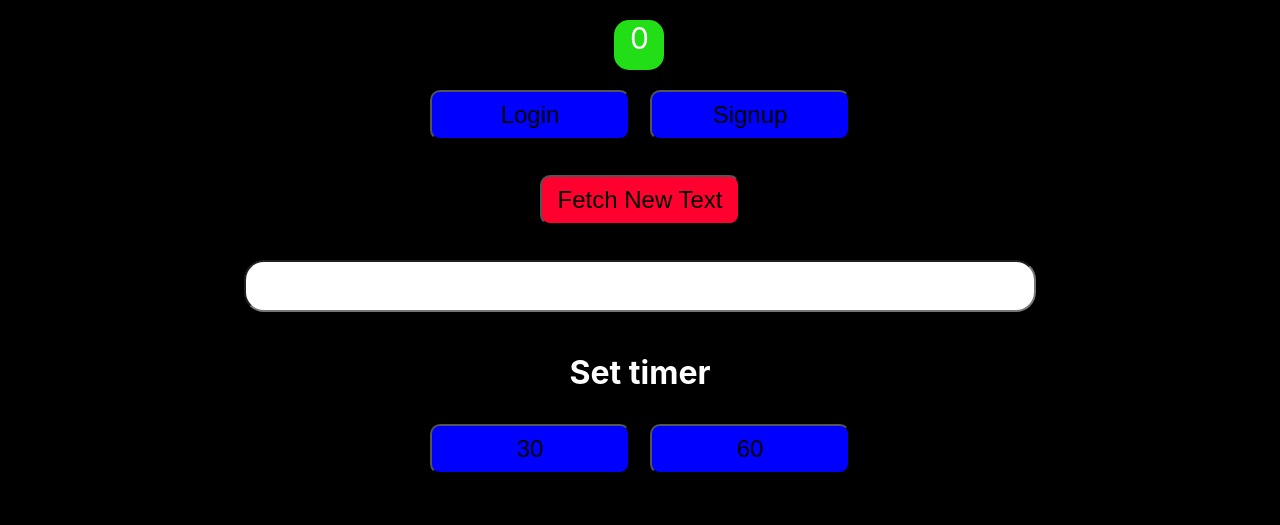
Repository: abhaysharma20233009/swiftKey
Page: / (app in frontend/my-app/)
These files come from the project's save history. The page is drawn as it stood at one moment and after the next save; the edit follows.
The browser window is 1280 px wide. The pictures show the whole page.
The page's requests for data from a server got no answer. The project was rebuilt for these pictures with package versions that can differ from the ones it lists, and the page was loaded fresh each time. No one was signed in, and anything a server would have sent is missing. Also part of the build but not shown: frontend/my-app/src/Results.js, frontend/my-app/src/Login.js, frontend/my-app/src/Signup.js.

Above is the page before, as saved 2024-10-10 21:35:19.

After the next save:
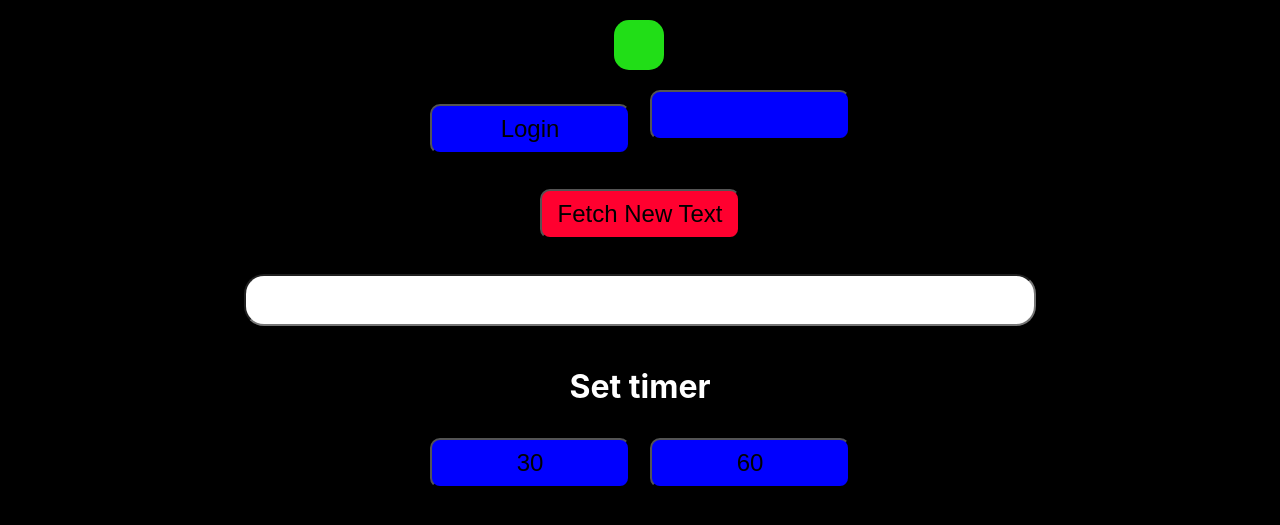
Saved 3 min 16 s later.
--- a/frontend/my-app/src/Swifts.js
+++ b/frontend/my-app/src/Swifts.js
@@ -6,14 +6,15 @@ function Swifts() {
     const [inputValue, setInputValue] = useState('');
     const [currentWordIndex, setCurrentWordIndex] = useState(0);
     const [time, setTime] = useState(0);
-    const [countdown, setCountdown] = useState(0);
-    const [wordTyped, setWordTyped] = useState(0);
     const navigate = useNavigate();
     const location = useLocation();
+    const [countdown, setCountdown] = useState(null);
+    const wordTyped=0;
+
+    // Retrieve username from location state
 
     const username = location.state?.username || '';
     const email = location.state?.email || '';
-
     const fetchMessages = async () => {
         try {
             const response = await fetch('http://localhost:7000/random-paragraph');
@@ -34,24 +35,7 @@ function Swifts() {
         fetchMessages();
     }, []);
 
-    useEffect(() => {
-        let timer;
-        if (time > 0) {
-            setCountdown(time);
-            timer = setInterval(() => {
-                setCountdown((prev) => {
-                    if (prev <= 1) {
-                        clearInterval(timer);
-                        navigate('/results', { state: { wordTyped, username, email } });
-                        return 0;
-                    }
-                    return prev - 1;
-                });
-            }, 1000);
-        }
 
-        return () => clearInterval(timer);
-    }, [time, navigate, wordTyped, username, email]);
 
     const handleInputChange = (e) => {
         const value = e.target.value;
@@ -62,24 +46,48 @@ function Swifts() {
 
         if (currentWord && currentWord.startsWith(value.trim())) {
             if (value.trim() === currentWord) {
-                setCurrentWordIndex((prevIndex) => {
-                    setWordTyped((prev) => prev + 1); // Increment word count
-                    return prevIndex + 1;
-                });
+                setCurrentWordIndex((prevIndex) => prevIndex + 1);
                 setInputValue('');
             }
         }
     };
 
+    useEffect(() => {
+        if (time > 0) {
+            setCountdown(time); // Set countdown to the selected time
+        }
+    }, [time]);
+
+    useEffect(() => {
+        if (countdown > 0) {
+            const timer = setInterval(() => {
+                wordTyped=currentWordIndex*60/time;
+                setCountdown((prev) => prev - 1);
+            }, 1000);
+
+            return () => clearInterval(timer);
+        }
+    }, [countdown]);
+    useEffect(() => {
+        if (time > 0) {
+
+            const timer = setTimeout(() => {
+                navigate('/results', { state: { wordTyped, username, email } });
+            }, time * 1000);
+
+            return () => clearTimeout(timer);
+        }
+    }, [time, currentWordIndex, wordTyped, navigate, username, email]);
     const words = message.split(' ');
     const currentWord = words[currentWordIndex] || '';
 
     return (
         <div style={{ textAlign: 'center', marginTop: '20px' }}>
-            <div className="Timer">{countdown}</div>
+            <div class="Timer">{countdown}</div>
             {username && <h2>Welcome, {username}!</h2>}
             <button className="log" onClick={() => navigate('/login')}>Login</button>
-            <button className="log" onClick={() => navigate('/signup')}>Signup</button>
+            <button className="log" onClick={() => navigate('/signup')}></button>
+            {/* <button className="log" onClick={()=>logout(username,email)}>Logout</button> */}
             <br />
             <button className="logs" onClick={fetchMessages}>Fetch New Text</button>
             <br />
@@ -114,6 +122,8 @@ function Swifts() {
             <h1>Set timer</h1>
             <button className="log" onClick={() => setTime(30)}>30</button>
             <button className="log" onClick={() => setTime(60)}>60</button>
+
+
         </div>
     );
 }

After the save that followed:
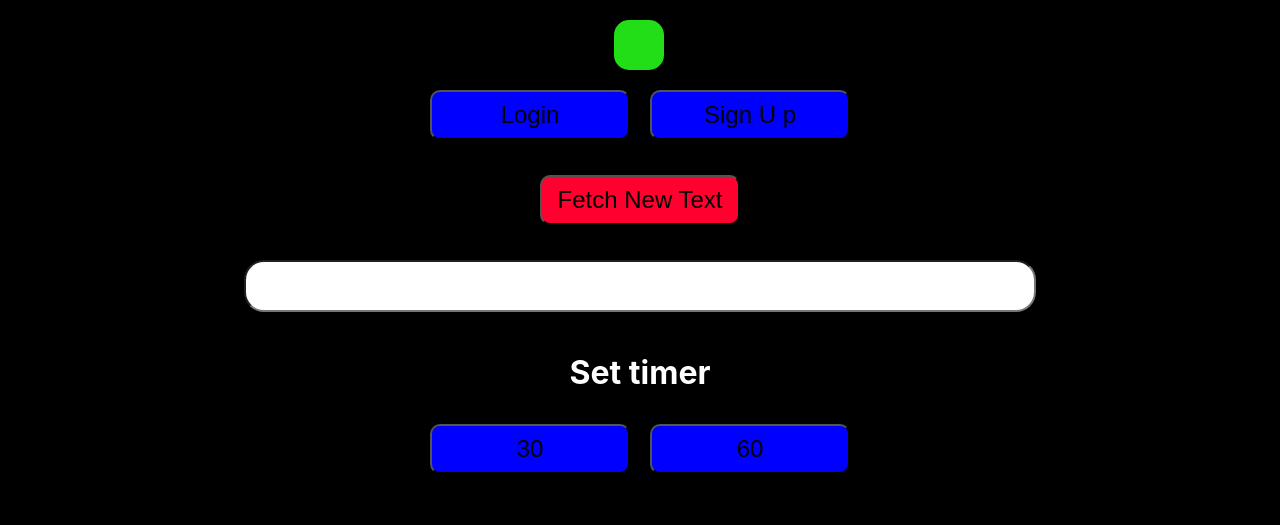
Saved 68 s later.
--- a/frontend/my-app/src/Swifts.js
+++ b/frontend/my-app/src/Swifts.js
@@ -86,7 +86,7 @@ function Swifts() {
             <div class="Timer">{countdown}</div>
             {username && <h2>Welcome, {username}!</h2>}
             <button className="log" onClick={() => navigate('/login')}>Login</button>
-            <button className="log" onClick={() => navigate('/signup')}></button>
+            <button className="log" onClick={() => navigate('/signup')}>Sign U  p</button>
             {/* <button className="log" onClick={()=>logout(username,email)}>Logout</button> */}
             <br />
             <button className="logs" onClick={fetchMessages}>Fetch New Text</button>
